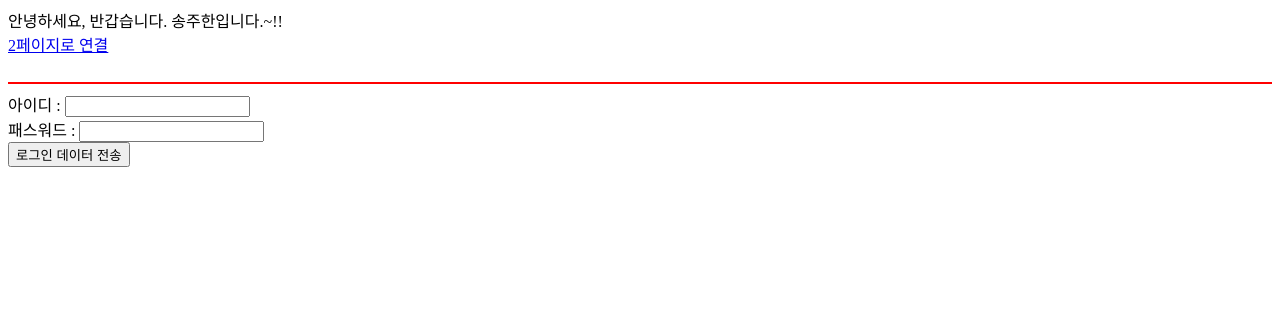
Repository: JuHanSong/JSP
Page: jsp01/WebContent/indeex.html
These files come from the project's save history. The page is drawn as it stood at one moment and after the next save; the edit follows.
The browser window is 1280 px wide. The pictures show the whole page.

Above is the page before, as saved 2020-11-21 03:15:42.

After the next save:
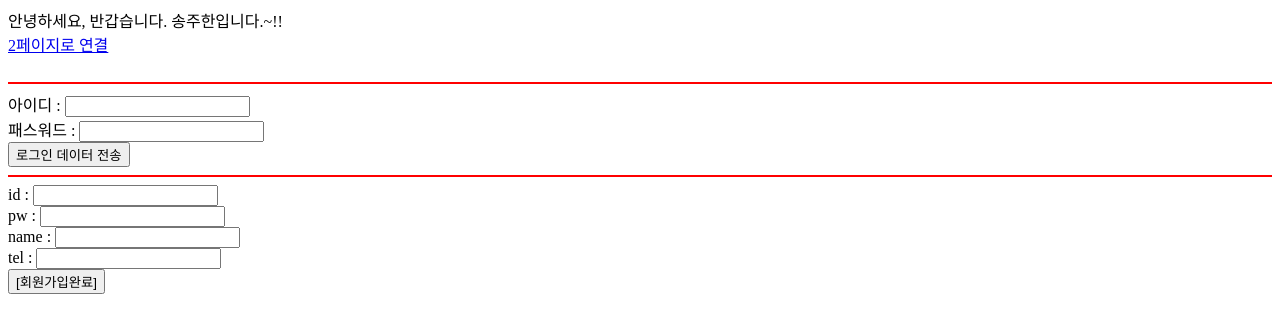
Saved 2 min 12 s later.
--- a/jsp01/WebContent/indeex.html
+++ b/jsp01/WebContent/indeex.html
@@ -19,6 +19,20 @@
 		패스워드 : <input type="text" name = "pw"> <br>
 		<input type="submit" value="로그인 데이터 전송">
 	</form>
+	<hr color="red">
+	<form action="page4.jsp">
+		id :  <input type="text" name = "id"> <br>
+		pw : <input type="text" name = "pw"> <br>
+		name : <input type="text" name = "name"> <br>
+		tel : <input type="text" name = "tel"> <br>
+		<input type="submit" value = "[회원가입완료]">
+	</form>
+
+
+
+
+
+
 
 	</body>
 </html>
